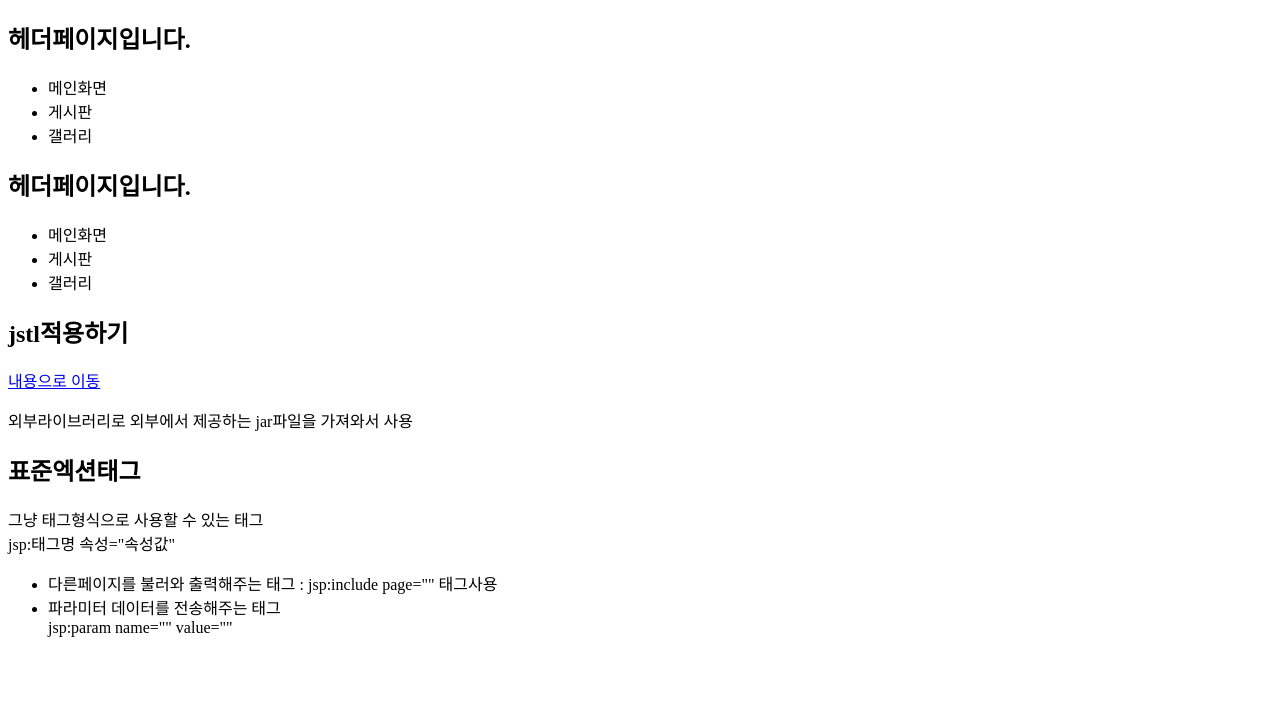
Repository: yongmin0309/mybatis1
Page: http://localhost/eL_JSTL/
The author's editor kept a copy of each file at every save. The page is drawn from the files as they stood at one save, then again after a run of saves.
The browser window is 1280 px wide. The pictures show the whole page.
The page is served by Tomcat 9.

Above is the page before, as saved 2024-04-20 05:30:06.

After the next 2 saves:
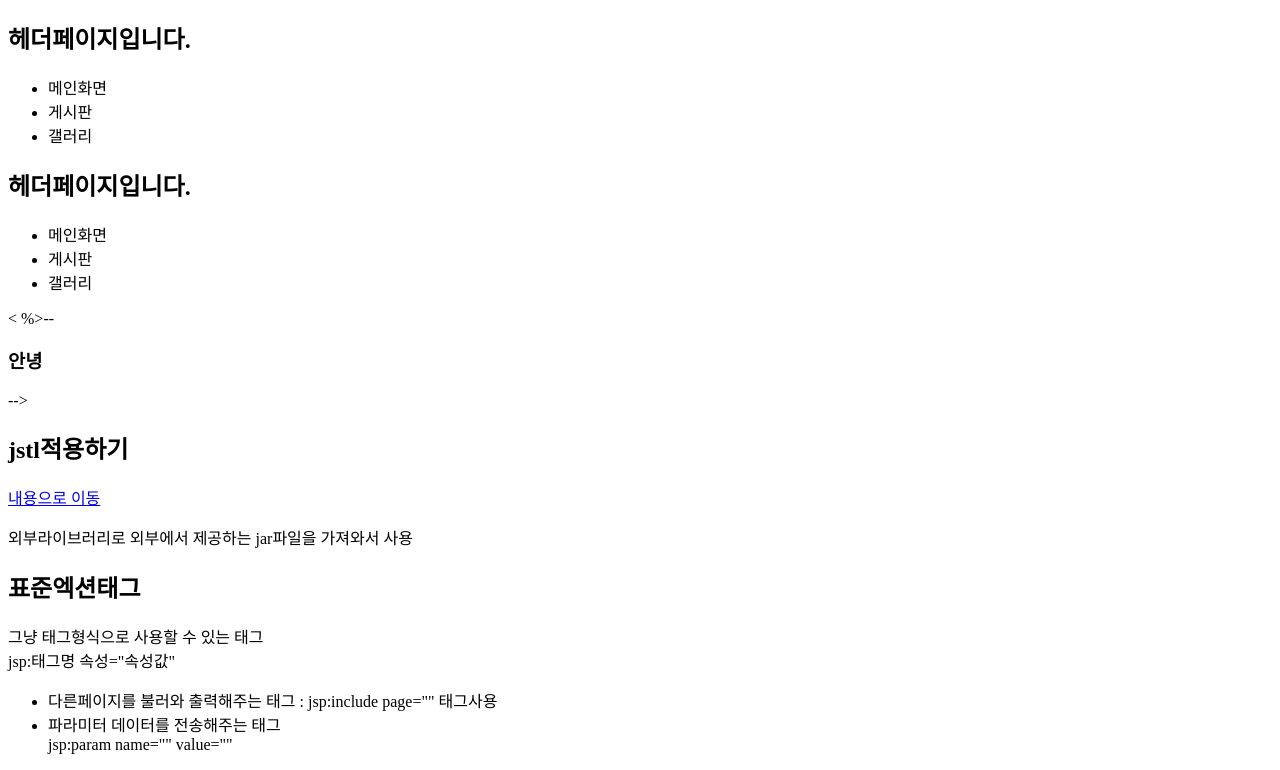
The 2 saves are shown as one change because 1 did not build or start.
The last was saved 73 s later.
--- a/work/eL_JSTL/src/main/webapp/index.jsp
+++ b/work/eL_JSTL/src/main/webapp/index.jsp
@@ -8,7 +8,7 @@
 	<jsp:param name="title" value="Main"/>
 </jsp:include>
 
-	 <!--<h3><%=name %></h3>-->
+	 < %>--<h3><%=name %></h3>-->
 	<h2>jstl적용하기</h2>
 	<a href="views/content.jsp">내용으로 이동</a>
 	<p>외부라이브러리로 외부에서 제공하는 jar파일을 가져와서 사용</p>
